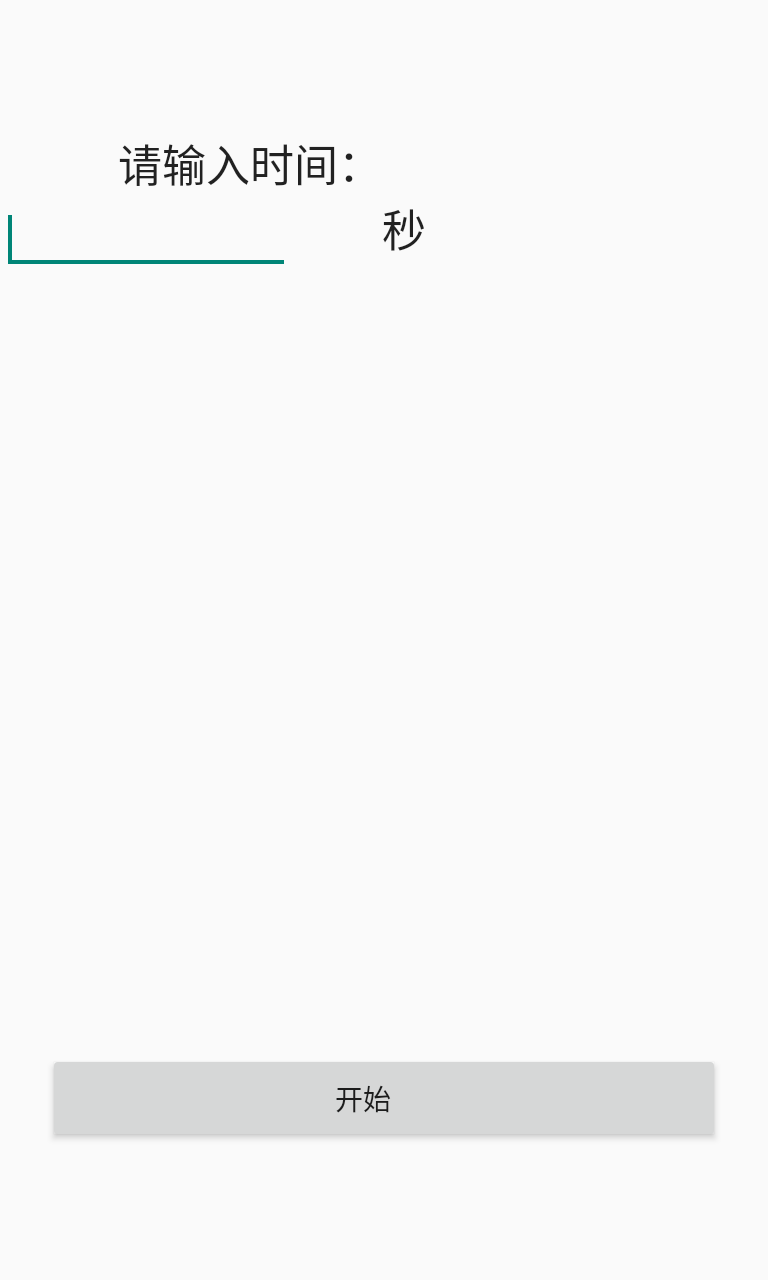
Repository: morning-ding/burning
Layout: test/res/layout/act_timer.xml
An editor plug-in stored every save of this project. The layout is shown before and after the next save, followed by the edit.
It is drawn on a 768 x 1280 px phone screen (xhdpi) without system bars, with theme AppTheme; the app's code is not run.

Above is the layout before, as saved 2015-04-28 10:45:43.

### test/res/layout/act_timer.xml
<?xml version="1.0" encoding="utf-8"?>
<RelativeLayout xmlns:android="http://schemas.android.com/apk/res/android"
    android:layout_width="fill_parent"
    android:layout_height="fill_parent" >

    <TextView
        android:id="@+id/input"
        android:layout_width="wrap_content"
        android:layout_height="wrap_content"
        android:layout_alignParentLeft="true"
        android:layout_alignParentTop="true"
        android:layout_marginLeft="59dp"
        android:layout_marginTop="65dp"
        android:text="请输入时间："
        android:textAppearance="?android:attr/textAppearanceLarge" />

    <Button
        android:id="@+id/begin"
        android:layout_width="match_parent"
        android:layout_height="wrap_content"
        android:layout_alignParentBottom="true"
        android:layout_centerHorizontal="true"
        android:layout_marginBottom="67dp"
        android:layout_marginRight="46dp"
        android:text="开始      " />

    <TextView
        android:id="@+id/show"
        android:layout_width="wrap_content"
        android:layout_height="wrap_content"
        android:layout_centerInParent="true"
        android:layout_marginRight="29dp"
        android:textSize="60px"
        android:textAppearance="?android:attr/textAppearanceLarge" />

    <TextView
        android:id="@+id/miao"
        android:layout_width="wrap_content"
        android:layout_height="wrap_content"
        android:layout_below="@+id/input"
        android:layout_toRightOf="@+id/input"
        android:text="秒"
        android:textAppearance="?android:attr/textAppearanceLarge" />

    <EditText
        android:id="@+id/ed"
        android:layout_width="wrap_content"
        android:layout_height="wrap_content"
        android:layout_below="@+id/input"
        android:layout_marginRight="45dp"
        android:layout_toLeftOf="@+id/miao"
        android:ems="10"
        android:inputType="number" >

        <requestFocus />
    </EditText>

</RelativeLayout>

Loaded but not shown: test/res/values/styles.xml (common file); test/res/values-v11/styles.xml (common file); test/res/values-v14/styles.xml (common file)

After the next save:
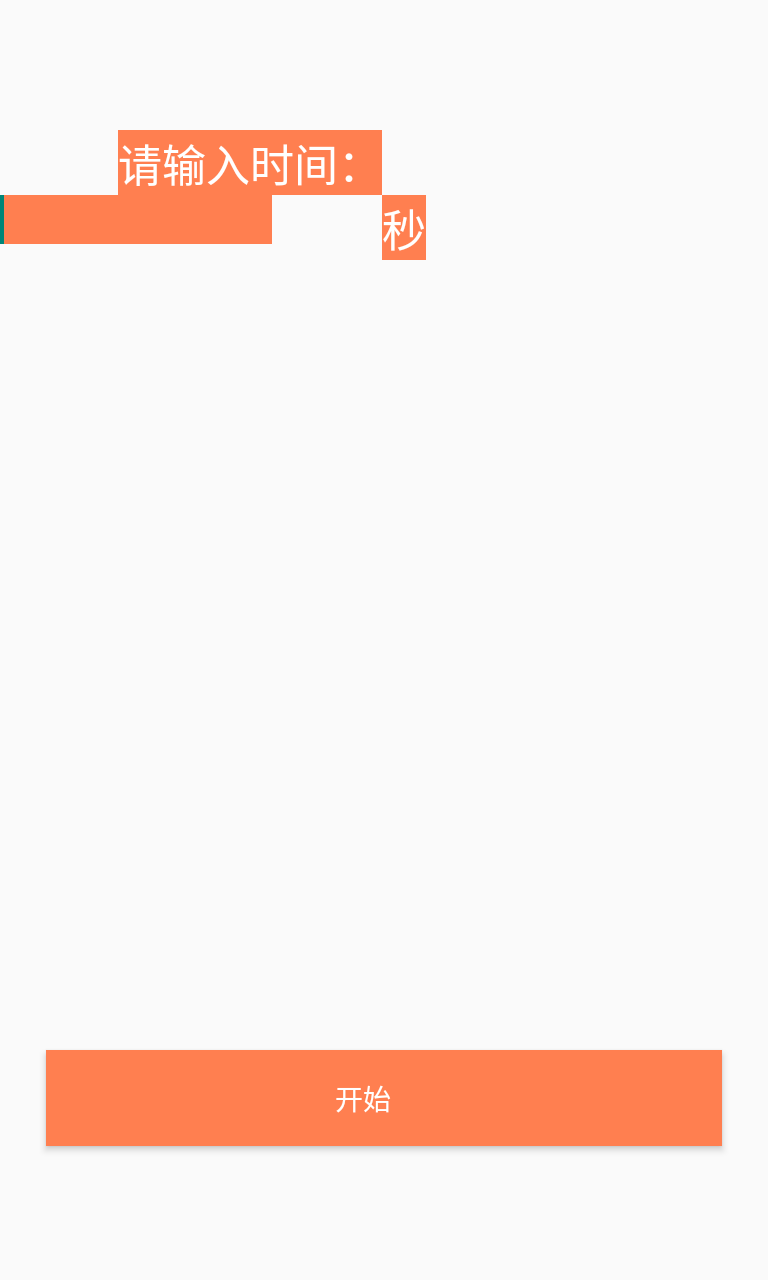
Saved 3 min 32 s later.
--- a/test/res/layout/act_timer.xml
+++ b/test/res/layout/act_timer.xml
@@ -12,6 +12,8 @@
         android:layout_marginLeft="59dp"
         android:layout_marginTop="65dp"
         android:text="请输入时间："
+        android:background="#ff7f50"
+        android:textColor="#ffffff"
         android:textAppearance="?android:attr/textAppearanceLarge" />
 
     <Button
@@ -22,7 +24,9 @@
         android:layout_centerHorizontal="true"
         android:layout_marginBottom="67dp"
         android:layout_marginRight="46dp"
-        android:text="开始      " />
+        android:text="开始      "
+        android:background="#ff7f50"
+        android:textColor="#ffffff" />
 
     <TextView
         android:id="@+id/show"
@@ -31,6 +35,8 @@
         android:layout_centerInParent="true"
         android:layout_marginRight="29dp"
         android:textSize="60px"
+        android:background="#ff7f50"
+        android:textColor="#ffffff"
         android:textAppearance="?android:attr/textAppearanceLarge" />
 
     <TextView
@@ -40,6 +46,8 @@
         android:layout_below="@+id/input"
         android:layout_toRightOf="@+id/input"
         android:text="秒"
+        android:background="#ff7f50"
+        android:textColor="#ffffff"
         android:textAppearance="?android:attr/textAppearanceLarge" />
 
     <EditText
@@ -47,9 +55,11 @@
         android:layout_width="wrap_content"
         android:layout_height="wrap_content"
         android:layout_below="@+id/input"
-        android:layout_marginRight="45dp"
+        android:layout_marginRight="55dp"
         android:layout_toLeftOf="@+id/miao"
         android:ems="10"
+        android:background="#ff7f50"
+        android:textColor="#ffffff"
         android:inputType="number" >
 
         <requestFocus />

After the save that followed:
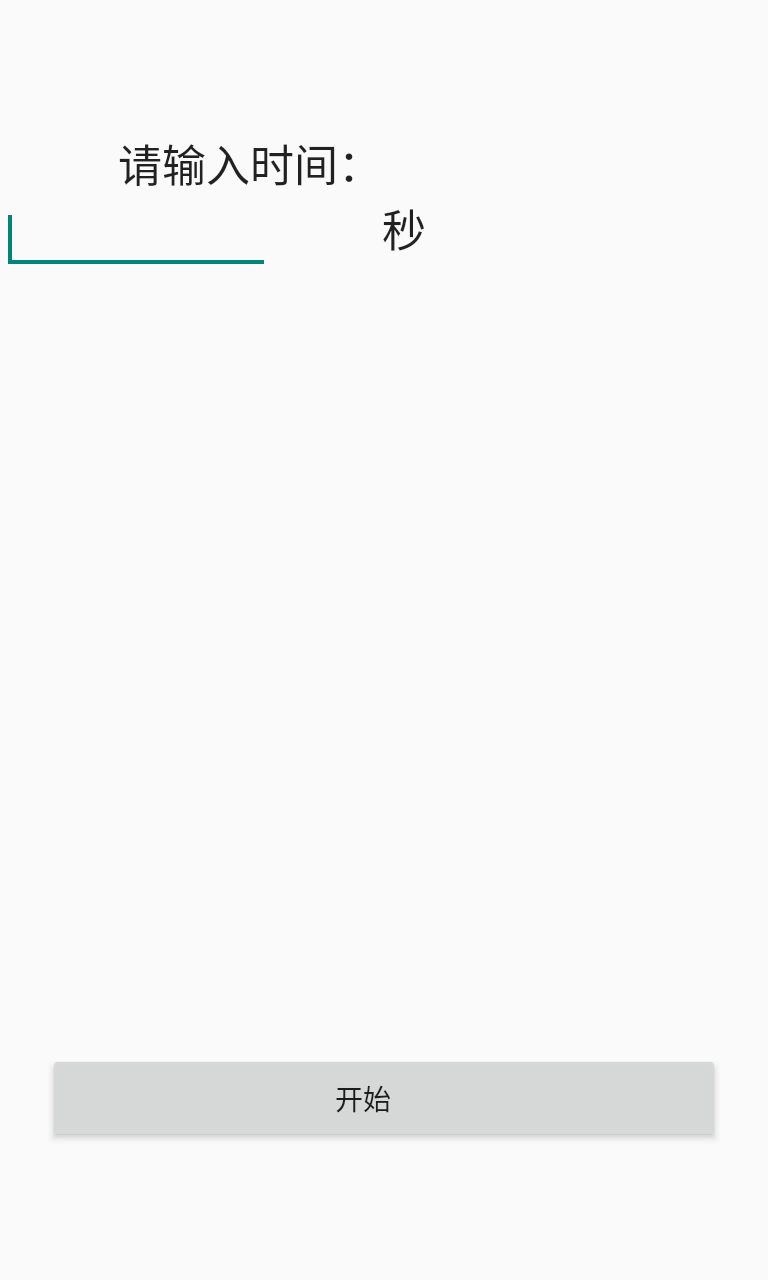
Saved 104 s later.
--- a/test/res/layout/act_timer.xml
+++ b/test/res/layout/act_timer.xml
@@ -12,8 +12,6 @@
         android:layout_marginLeft="59dp"
         android:layout_marginTop="65dp"
         android:text="请输入时间："
-        android:background="#ff7f50"
-        android:textColor="#ffffff"
         android:textAppearance="?android:attr/textAppearanceLarge" />
 
     <Button
@@ -24,9 +22,7 @@
         android:layout_centerHorizontal="true"
         android:layout_marginBottom="67dp"
         android:layout_marginRight="46dp"
-        android:text="开始      "
-        android:background="#ff7f50"
-        android:textColor="#ffffff" />
+        android:text="开始      "/>
 
     <TextView
         android:id="@+id/show"
@@ -46,8 +42,6 @@
         android:layout_below="@+id/input"
         android:layout_toRightOf="@+id/input"
         android:text="秒"
-        android:background="#ff7f50"
-        android:textColor="#ffffff"
         android:textAppearance="?android:attr/textAppearanceLarge" />
 
     <EditText
@@ -58,8 +52,6 @@
         android:layout_marginRight="55dp"
         android:layout_toLeftOf="@+id/miao"
         android:ems="10"
-        android:background="#ff7f50"
-        android:textColor="#ffffff"
         android:inputType="number" >
 
         <requestFocus />
